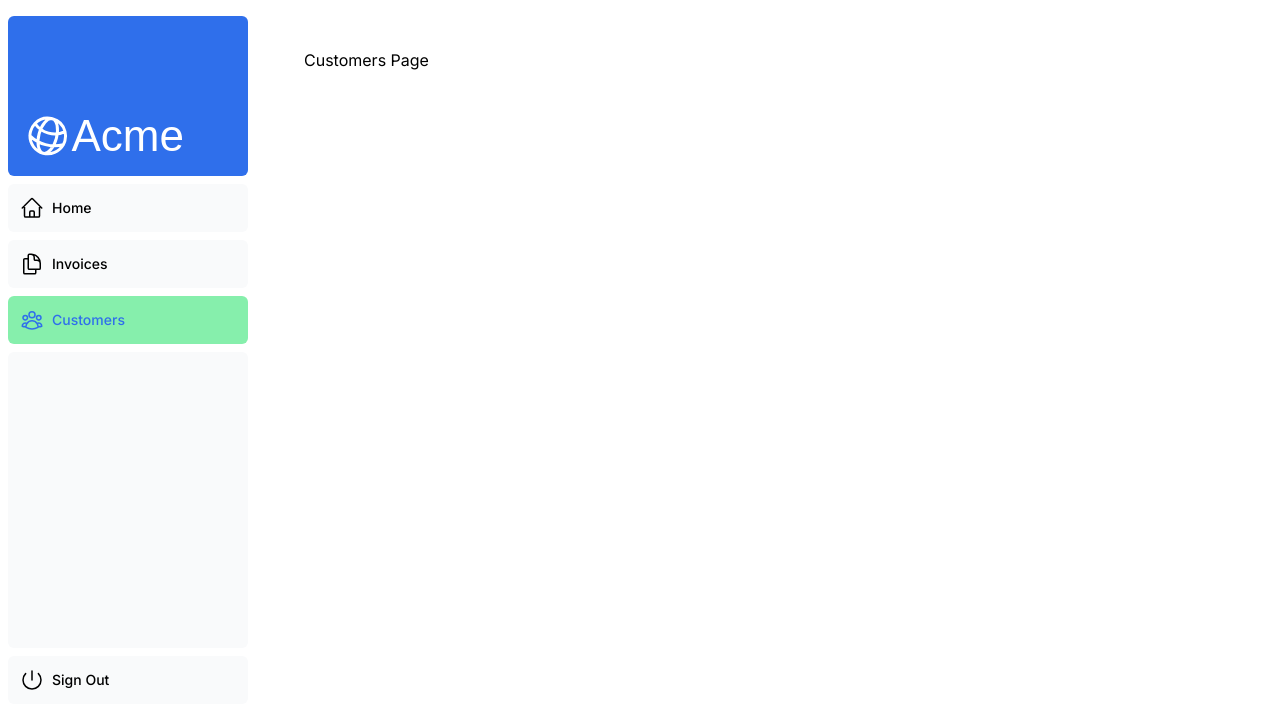
Repository: rlhardrock/NextJS
Page: /dashboard/customers
An editor plug-in stored every save of this project. The page is shown before and after the next save, followed by the edit.
The browser window is 1280 px wide. The pictures show the whole page.
Some web fonts or font styles are not loaded; a fallback is used. The project was rebuilt for these pictures with package versions that can differ from the ones it lists, and the page was loaded fresh each time. The framework's server and built-in components were replaced by stand-ins that run in the browser. Also part of the build but not shown: next.config.ts.

Above is the page before, as saved 2024-12-15 22:58:50.

### app/ui/fonts.ts
import { Inter, Lusitana } from 'next/font/google';

export const inter = Inter({ subsets: ['latin'] });

export const lusitana = Lusitana({
     weight: ['400', '700'],
     subsets: ['latin'],
});

### app/ui/dashboard/sidenav.tsx
import Link from 'next/link';
import NavLinks from '@/app/ui/dashboard/nav-links';
import AcmeLogo from '@/app/ui/acme-logo';
import { PowerIcon } from '@heroicons/react/24/outline';

export default function SideNav() {
  return (
    <div className="flex h-full flex-col px-3 py-4 md:px-2">
      <Link
        className="mb-2 flex h-20 items-end justify-start rounded-md bg-blue-600 p-4 md:h-40"
        href="/"
      >
        <div className="w-32 text-white md:w-40">
          <AcmeLogo />
        </div>
      </Link>
      <div className="flex grow flex-row justify-between space-x-2 md:flex-col md:space-x-0 md:space-y-2">
        <NavLinks />
        <div className="hidden h-auto w-full grow rounded-md bg-gray-50 md:block"></div>
        <form>
          <button className="flex h-[48px] w-full grow items-center justify-center gap-2 rounded-md bg-gray-50 p-3 text-sm font-medium hover:bg-sky-100 hover:text-blue-600 md:flex-none md:justify-start md:p-2 md:px-3">
            <PowerIcon className="w-6" />
            <div className="hidden md:block">Sign Out</div>
          </button>
        </form>
      </div>
    </div>
  );
}

### app/ui/dashboard/nav-links.tsx
'use client';

import {
  UserGroupIcon,
  HomeIcon,
  DocumentDuplicateIcon,
} from '@heroicons/react/24/outline';
import clsx from 'clsx';
import Link from 'next/link';
import { usePathname } from 'next/navigation';

// Map of links to display in the side navigation.
// Depending on the size of the application, this would be stored in a database.
const links = [
  { name: 'Home', href: '/dashboard', icon: HomeIcon },
  {
    name: 'Invoices',
    href: '/dashboard/invoices',
    icon: DocumentDuplicateIcon,
  },
  { name: 'Customers', href: '/dashboard/customers', icon: UserGroupIcon },
];

export default function NavLinks() {
  const pathname = usePathname();
  return (
    <>
      {links.map((link) => {
        const LinkIcon = link.icon;
        return (
          <Link
            key={link.name}
            href={link.href}
            className={clsx(
              'flex h-[48px] grow items-center justify-center gap-2 rounded-md bg-gray-50 p-3 text-sm font-medium hover:bg-blue-800 hover:text-orange-400 md:flex-none md:justify-start md:p-2 md:px-3',
              {
                'bg-green-300 text-blue-600': pathname === link.href,
              },
            )}
          >
            <LinkIcon className="w-6" />
            <p className="hidden md:block">{link.name}</p>
          </Link>
        );
      })}
    </>
  );
}

Loaded but not shown: app/layout.tsx (common file); app/dashboard/layout.tsx (common file); app/dashboard/customers/page.tsx (common file); app/ui/global.css (common file); app/ui/acme-logo.tsx (common file); tailwind.config.ts (common file)

After the next save:
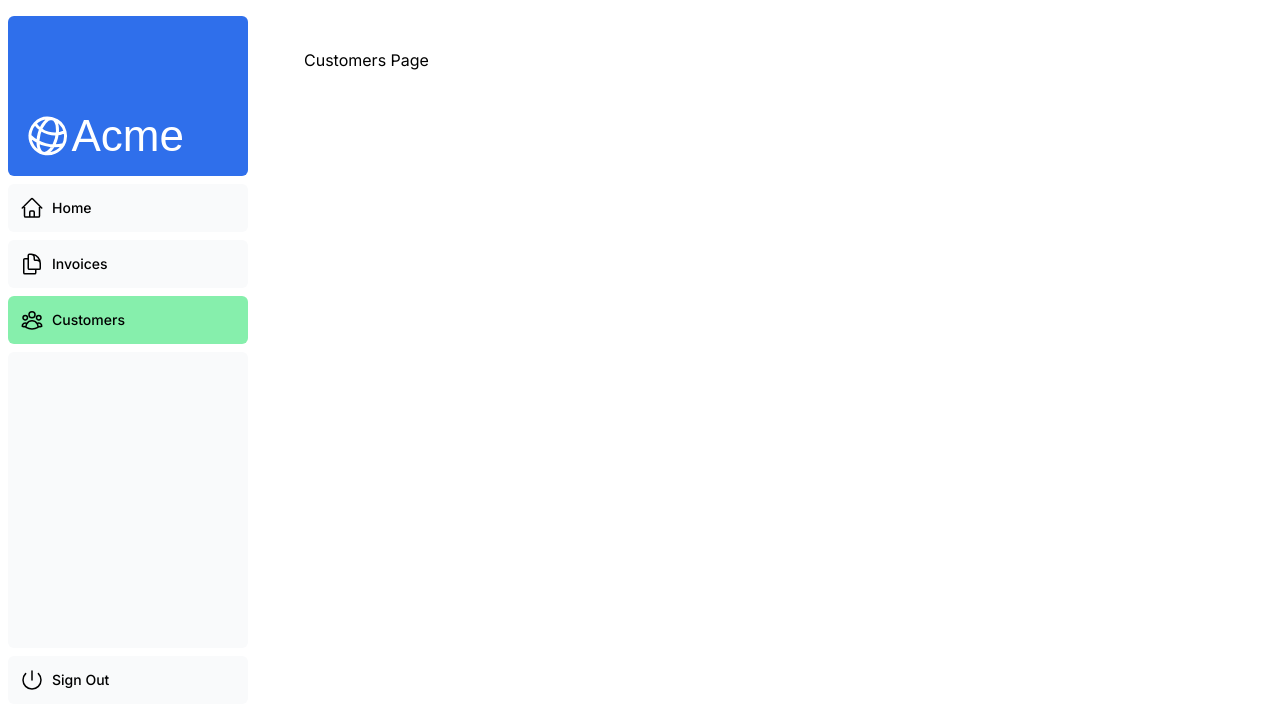
Saved 6 s later.
--- a/app/ui/dashboard/nav-links.tsx
+++ b/app/ui/dashboard/nav-links.tsx
@@ -34,7 +34,7 @@
             className={clsx(
               'flex h-[48px] grow items-center justify-center gap-2 rounded-md bg-gray-50 p-3 text-sm font-medium hover:bg-blue-800 hover:text-orange-400 md:flex-none md:justify-start md:p-2 md:px-3',
               {
-                'bg-green-300 text-blue-600': pathname === link.href,
+                'bg-green-300 text-white-600': pathname === link.href,
               },
             )}
           >

After the save that followed:
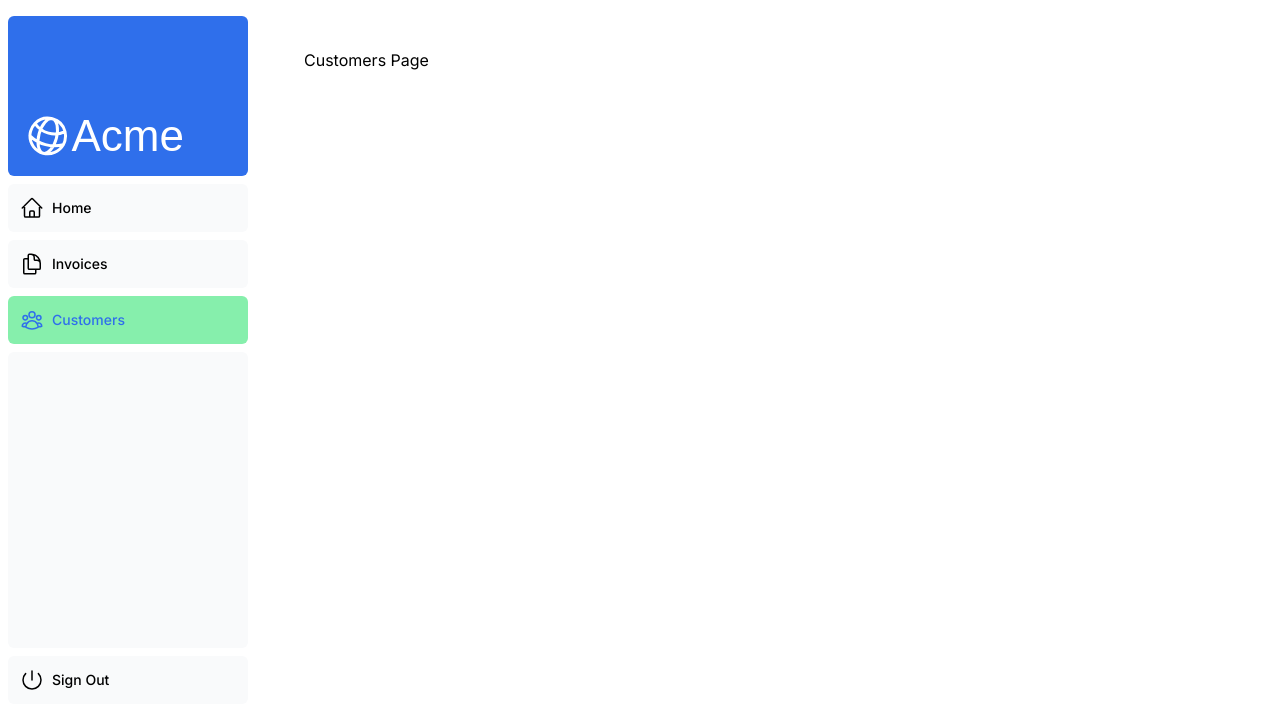
Saved 24 s later.
--- a/app/ui/dashboard/nav-links.tsx
+++ b/app/ui/dashboard/nav-links.tsx
@@ -34,7 +34,7 @@
             className={clsx(
               'flex h-[48px] grow items-center justify-center gap-2 rounded-md bg-gray-50 p-3 text-sm font-medium hover:bg-blue-800 hover:text-orange-400 md:flex-none md:justify-start md:p-2 md:px-3',
               {
-                'bg-green-300 text-white-600': pathname === link.href,
+                'bg-green-300 text-blue-600': pathname === link.href,
               },
             )}
           >
